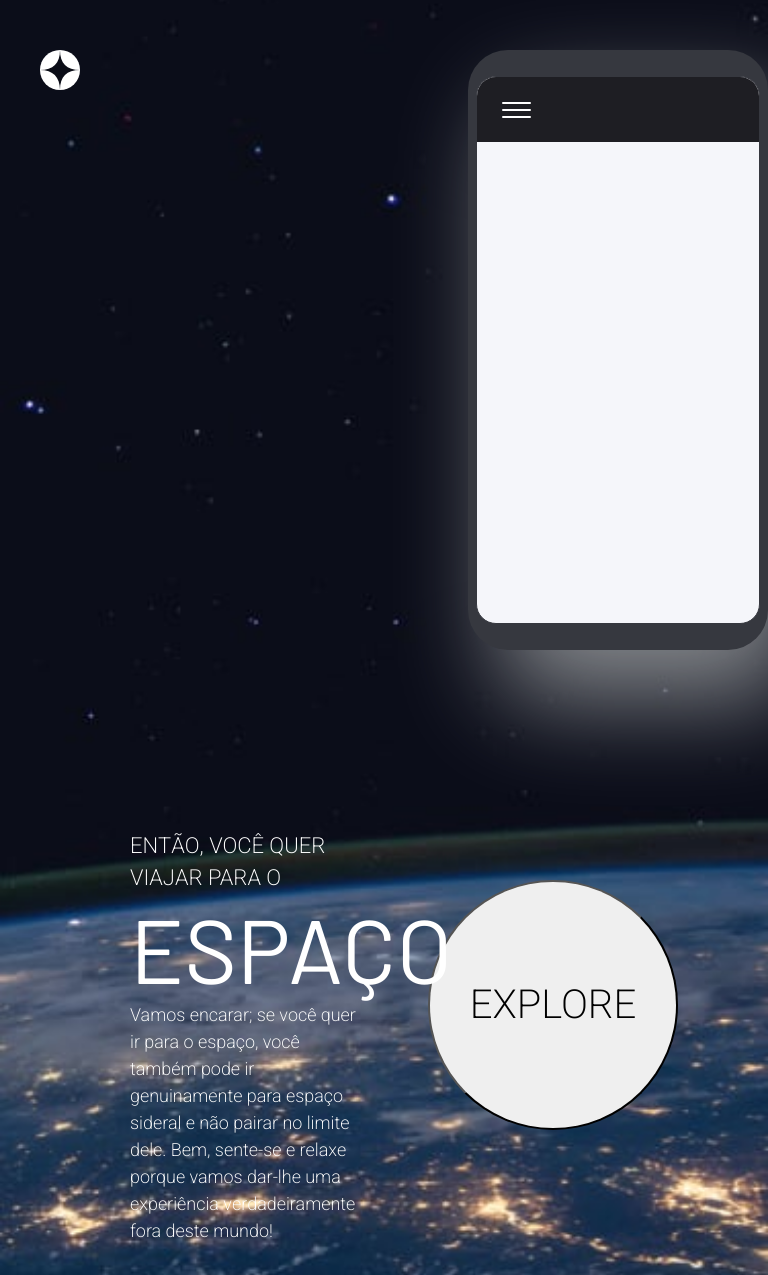
Repository: Leonngc/space-site
Page: space-tourism-website-main/space-tourism-website-main/starter-code/index.html
The author's editor kept a copy of each file at every save. The page is drawn from the files as they stood at one save, then again after the next save.
The browser window is 768 px wide. The pictures show the whole page.

Above is the page before, as saved 2023-04-29 16:40:13.

### space-tourism-website-main/space-tourism-website-main/starter-code/index.html
<!DOCTYPE html>
<html lang="pt-br">
<head>
  <meta charset="UTF-8">
  <meta name="viewport" content="width=device-width, initial-scale=1.0">
  <link rel="icon" type="image/png" sizes="32x32" href="./assets/favicon-32x32.png">
  <link rel="stylesheet" href="styles/menu.css">
  <link rel="stylesheet" href="styles/home.css">
  <!-- CDN FLATICON-->
  <link rel='stylesheet' href='https://cdn-uicons.flaticon.com/uicons-bold-rounded/css/uicons-bold-rounded.css'>
  <script src="script/menu.js" defer></script>
  <title>Frontend Mentor | Space tourism website</title>
</head>
<body>

  <header>
    <img src="assets/shared/logo.svg" alt="" class="logo">
    <div class="line"></div>

    <ul class="menu">
    <li class="item-menu active"><a href="#">00 Home</a></li>
    <li class="item-menu"><a href="#">01 Destination</a></li>
    <li class="item-menu"><a href="#">02 Crew</a></li>
    <li class="item-menu"><a href="#">03 Technology</a></li>
    </ul>




    <div class="container">
      <div class="phone">
        <div class="content">

          <nav role="navigation">
            <div id="menuToggle">
              <input type="checkbox" />
                <span></span>
                <span></span>
                <span></span>
            <ul id="menu">
              <li><a href="#">Home</a></li>
              <li><a href="#">About</a></li>
              <li><a href="#">Info</a></li>
              <li><a href="#">Contact</a></li>
            </ul>
           </div>
          </nav>
        </div>
       </div>
    </div>
  </header>

<div class="container-button">
    <button>Explore</button>
  </div>
<div class="text-box">
    <span>Então, você quer viajar para o</span>
    <h1>Espaço</h1>
    <p>
      Vamos encarar; se você quer ir para o espaço, você também pode ir genuinamente para
      espaço sideral e não pairar no limite dele. Bem, sente-se e relaxe
      porque vamos dar-lhe uma experiência verdadeiramente fora deste mundo!
    </p>
</div>



</body>
</html>

### space-tourism-website-main/space-tourism-website-main/starter-code/styles/menu.css
@import url('https://fonts.googleapis.com/css2?family=Heebo:wght@200&display=swap');

*{
    padding: 0;
    margin: 0;
}

header{
    display: flex;
    justify-content: space-between;
}

.menu{
    margin-top: 20px;
    display: flex;
    width: 90vw ;
    height: 12vh;
    position: relative;
    justify-content: space-between;
    list-style: none;
    background: rgba(255, 255, 255, 0.21);
    background: rgba(255, 255, 255, 0.08);
    box-shadow: 0 4px 30px rgba(0, 0, 0, 0.1);
    backdrop-filter: blur(5px);
    -webkit-backdrop-filter: blur(5px);
}

.item-menu{
    margin: auto;

}

.item-menu a{
    text-decoration: none;
    font-family: 'Heebo', sans-serif;
    color: white;
}

.active{
  border-bottom: 3px solid white;
}

.line{
    background-color:  rgba(255, 255, 255, 0.21);

    height: 2px;
    width: 1110px;
    margin-top: 68px;
    margin-left: 30px;
}

.logo{
    margin-top: 30px;
    margin-left: 20px;
    width: 40px;
    height: 40px;
    padding: 20px;
}

@media screen and (max-width: 900px){
    .menu{
        display: none;
    }

    .line{
        display: none;
    }

    body{
        background-image: url(../assets/home/background-home-mobile.jpg) !important;
    }

    .container {
        margin-top: 50px;
        Display: flex;
        justify-content: center;
        align-items: center;
      }
      .phone {
        background-color: #36383F;
        border-radius: 40px;
        width: 300px;
        height: 600px;
        Display: flex;
        justify-content: center;
        align-items: center;
        box-shadow: 30px 50px 100px #85888C;
      }
      .content {
        border: 1px solid #36383F;
        border-radius: 20px;
        width: 94%;
        height: 91%;
        background-color: #F5F6FA;
        overflow: hidden;
      }
      nav {
        background-color: #1E1E23;
        height: 65px;
      }


      #menuToggle {
        display: flex;
        flex-direction: column;
        position: relative;
        top: 25px;
        left: 25px;
        z-index: 1;
        -webkit-user-select: none;
        user-select: none;
      }

      #menuToggle input
      {
        display: flex;
        width: 40px;
        height: 32px;
        position: absolute;
        cursor: pointer;
        opacity: 0;
        z-index: 2;
      }

      #menuToggle span
      {
        display: flex;
        width: 29px;
        height: 2px;
        margin-bottom: 5px;
        position: relative;
        background: #ffffff;
        border-radius: 3px;
        z-index: 1;
        transform-origin: 5px 0px;
        transition: transform 0.5s cubic-bezier(0.77,0.2,0.05,1.0),
                    background 0.5s cubic-bezier(0.77,0.2,0.05,1.0),
                    opacity 0.55s ease;
      }

      #menuToggle span:first-child
      {
        transform-origin: 0% 0%;
      }

      #menuToggle span:nth-last-child(2)
      {
        transform-origin: 0% 100%;
      }

      #menuToggle input:checked ~ span
      {
        opacity: 1;
        transform: rotate(45deg) translate(-3px, -1px);
        background: #36383F;
      }
      #menuToggle input:checked ~ span:nth-last-child(3)
      {
        opacity: 0;
        transform: rotate(0deg) scale(0.2, 0.2);
      }

      #menuToggle input:checked ~ span:nth-last-child(2)
      {
        transform: rotate(-45deg) translate(0, -1px);
      }

      #menu
      {
        position: absolute;
        width: 180px;
        height: 400px;
        box-shadow: 0 0 10px #85888C;
        margin: -50px 0 0 -50px;
        padding: 50px;
        padding-top: 125px;
        background-color: #F5F6FA;
        -webkit-font-smoothing: antialiased;
        transform-origin: 0% 0%;
        transform: translate(-100%, 0);
        transition: transform 0.5s cubic-bezier(0.77,0.2,0.05,1.0);
      }

      #menu li
      {
        padding: 10px 0;
        transition-delay: 2s;
      }

      #menuToggle input:checked ~ ul
      {
        transform: none;
      }
}

### space-tourism-website-main/space-tourism-website-main/starter-code/styles/home.css
@import url('https://fonts.googleapis.com/css2?family=Barlow&display=swap');
@import url('https://fonts.googleapis.com/css2?family=Heebo:wght@200&display=swap');
/*  font-family: 'Barlow', sans-serif;
    font-family: 'Heebo', sans-serif;
*/

:root{
    --title-font: 'Barlow';
    --paragraph-font: 'Heebo';
}

body{
    background-image: url(../assets/home/background-home-desktop.jpg);
    background-size: cover;
    background-position: center center;
}


.text-box{
    margin-top: 150px;
    padding: 30px;
    margin-left: 100px;
    width: 30vw;
    color: white;
}

span{
    font-family: var(--paragraph-font);
    font-size: 22px;
    text-transform: uppercase;
}

h1{
    font-family: var(--title-font);
    font-size: 90px;
    font-weight: 200;
    text-transform: uppercase;
}

p{
    font-family: var(--paragraph-font), sans-serif;
    font-size: 18px;
}

.container-button{
    float: right;
    margin-top: 230px;
    margin-right: 90px;
    margin-bottom: 30px;
}

.container-button button{
    width: 250px;
    height: 250px;
    border-radius: 50%;
    font-size: 40px;
    font-family: var(--paragraph-font);
    font-weight: 200;
    text-transform: uppercase;
}

Loaded but not shown: space-tourism-website-main/space-tourism-website-main/starter-code/script/menu.js (no stored copy; drawn as an empty file)

After the next save:
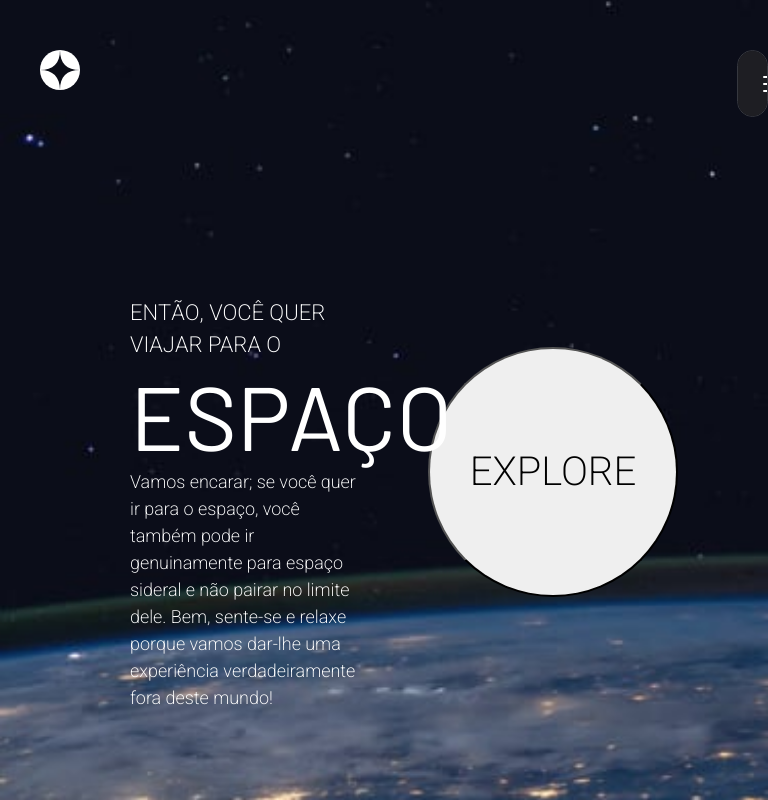
Saved 7 min 31 s later.
--- a/space-tourism-website-main/space-tourism-website-main/starter-code/styles/menu.css
+++ b/space-tourism-website-main/space-tourism-website-main/starter-code/styles/menu.css
@@ -75,16 +75,6 @@
         Display: flex;
         justify-content: center;
         align-items: center;
-      }
-      .phone {
-        background-color: #36383F;
-        border-radius: 40px;
-        width: 300px;
-        height: 600px;
-        Display: flex;
-        justify-content: center;
-        align-items: center;
-        box-shadow: 30px 50px 100px #85888C;
       }
       .content {
         border: 1px solid #36383F;

After the save that followed:
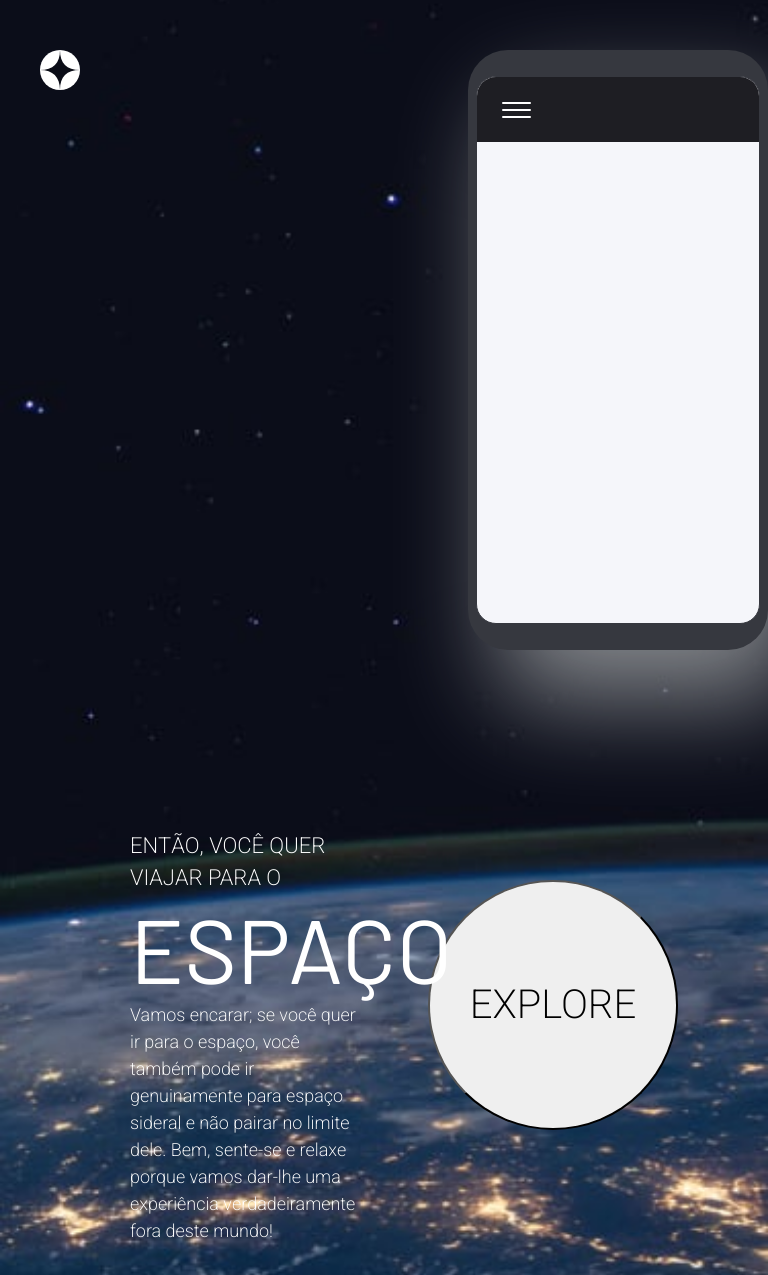
Saved 21 s later.
--- a/space-tourism-website-main/space-tourism-website-main/starter-code/styles/menu.css
+++ b/space-tourism-website-main/space-tourism-website-main/starter-code/styles/menu.css
@@ -75,6 +75,16 @@
         Display: flex;
         justify-content: center;
         align-items: center;
+      }
+      .phone {
+        background-color: #36383F;
+        border-radius: 40px;
+        width: 300px;
+        height: 600px;
+        Display: flex;
+        justify-content: center;
+        align-items: center;
+        box-shadow: 30px 50px 100px #85888C;
       }
       .content {
         border: 1px solid #36383F;
